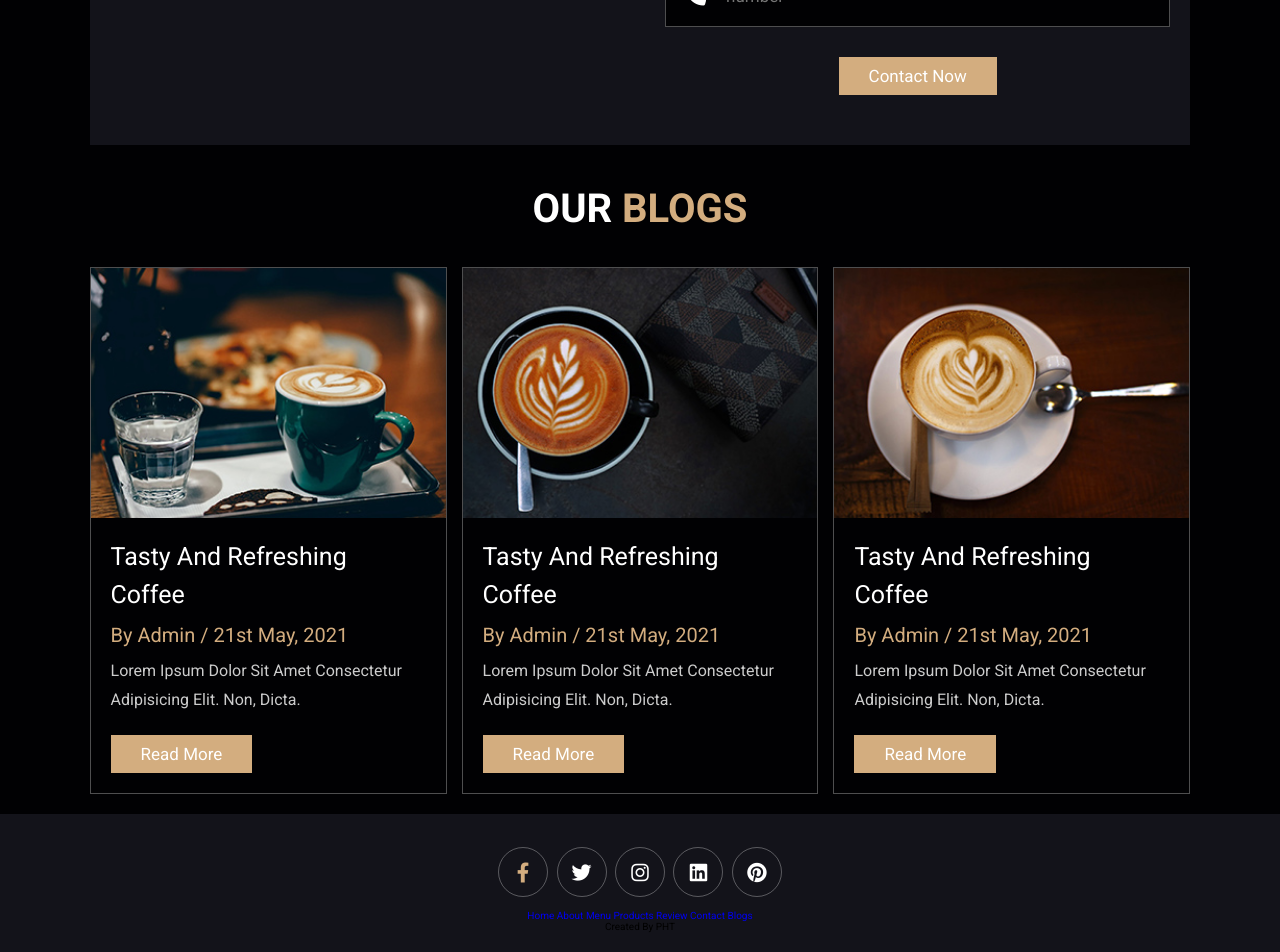
Repository: phamtrunghptn-dev/coffee-shop
Page: index.html
The author's editor kept a copy of each file at every save. The page is drawn from the files as they stood at one save, then again after a run of saves.
The browser window is 1280 px wide. The pictures show the part of the page from y = 3644 to 4596 px (the page is 4596 px tall).
The pointer rests on the first visible `.footer .share a`.
Pictures or frames that could not be fetched are drawn as grey boxes. A picture or video elsewhere on the page could not be fetched, so the positions and the page height are approximate. Some web libraries are served in a nearby version.

Above is the page before, as saved 2022-06-26 22:16:28.

After the next 2 saves:
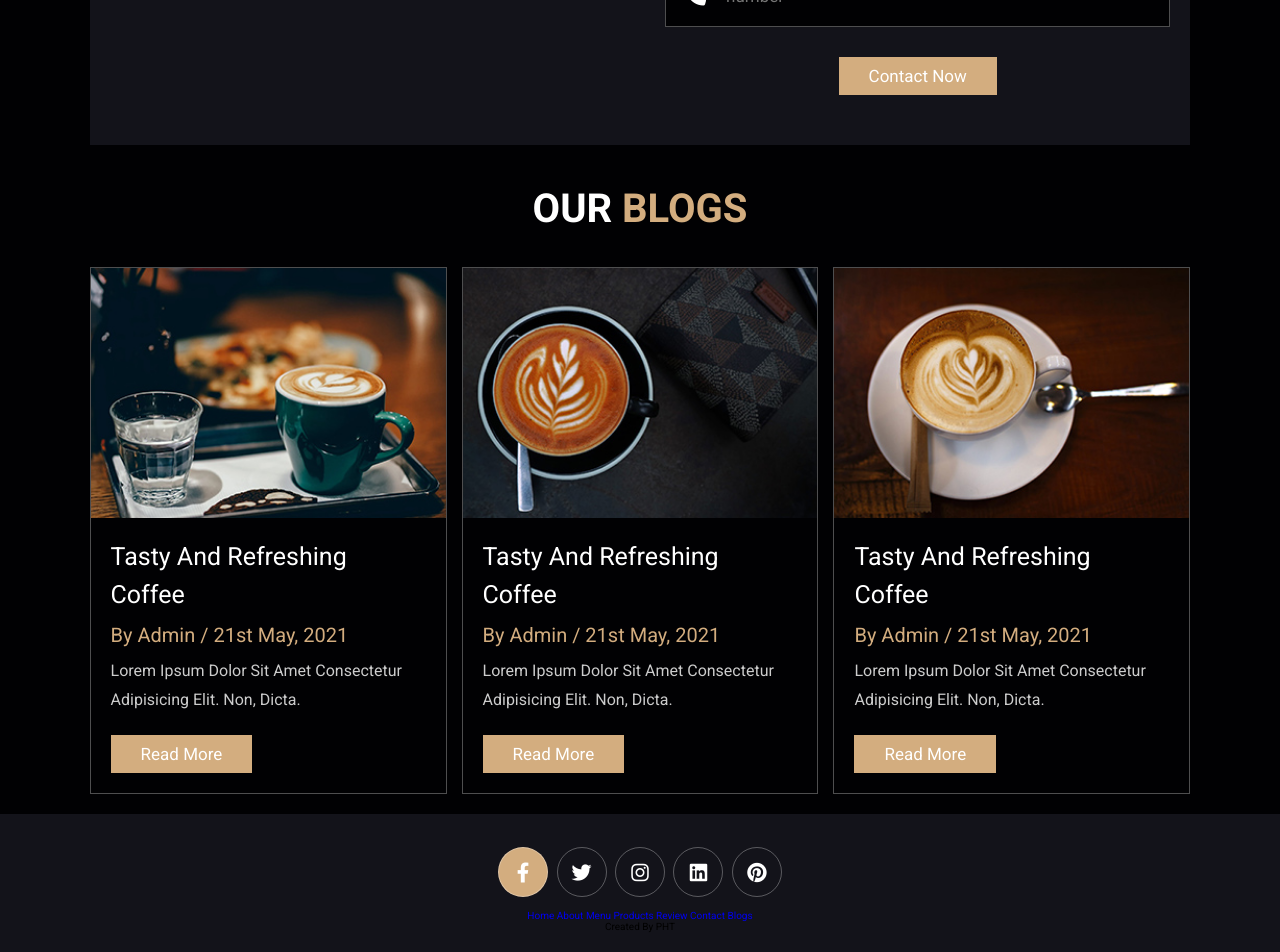
The 2 saves are shown as one change because they came seconds apart.
The last was saved 22 s later.
--- a/css/style.css
+++ b/css/style.css
@@ -532,7 +532,7 @@ section{
 }
 
 .footer .share a:hover{
-    color: var(--main-color);
+    background-color: var(--main-color);
 }
 
 
